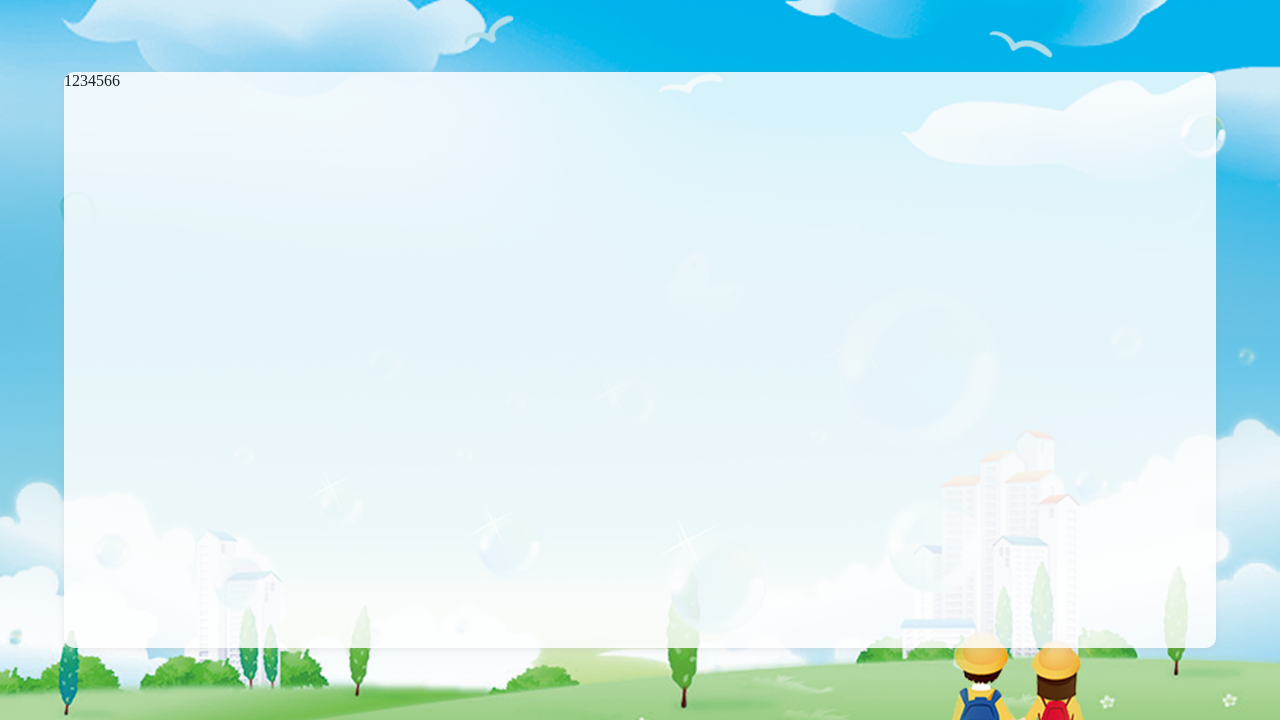
Repository: huangdesheng/classBrand
Page: / (app in classBrand/)
These files come from the project's save history. The page is drawn as it stood at one moment and after the next save; the edit follows.
The browser window is 1280 px wide. The pictures show the whole page.
The project was rebuilt for these pictures with package versions that can differ from the ones it lists, and the page was loaded fresh each time.

Above is the page before, as saved 2019-08-23 09:44:06.

After the next save:
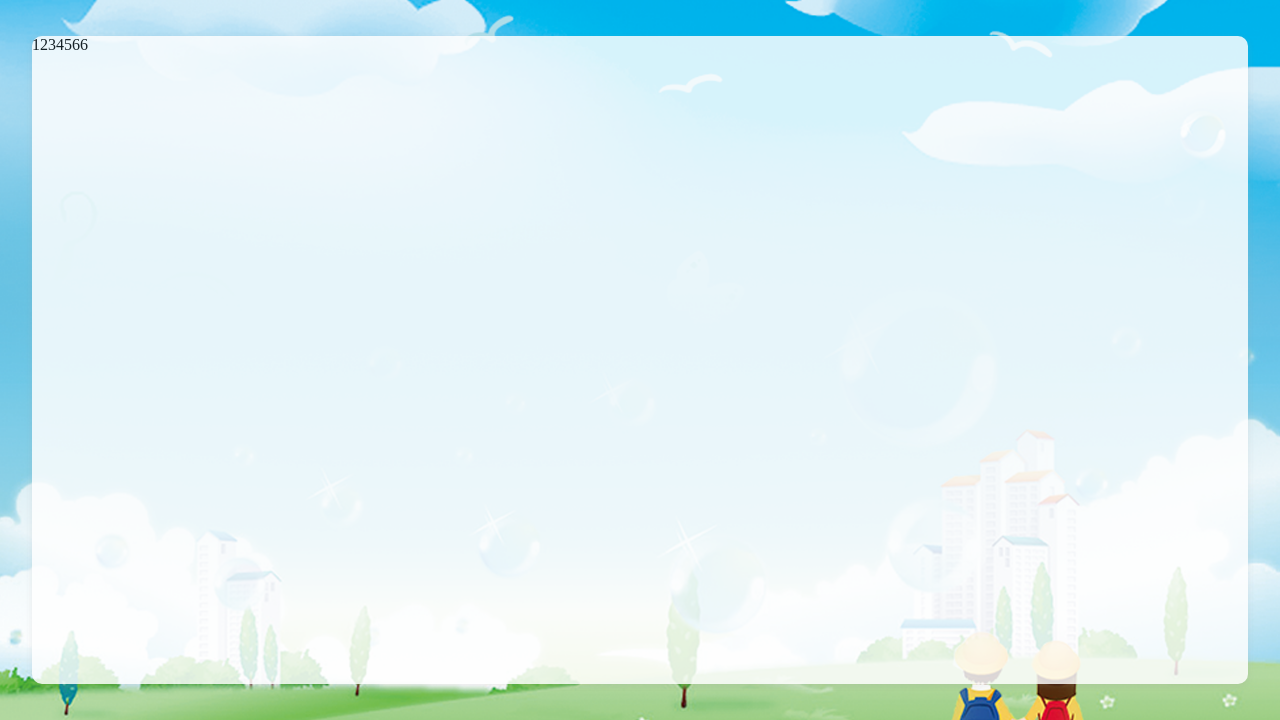
Saved 19 s later.
--- a/classBrand/src/views/index/index.vue
+++ b/classBrand/src/views/index/index.vue
@@ -8,8 +8,8 @@ export default {};
 
 <style lang="less" scoped>
 #index {
-  width: 90%;
-  height: 80%;
+  width: 95%;
+  height: 90%;
   background: rgba(255, 255, 255, 1);
   box-shadow: 0px 2px 7px 0px rgba(161, 157, 157, 0.23);
   opacity: 0.84;
